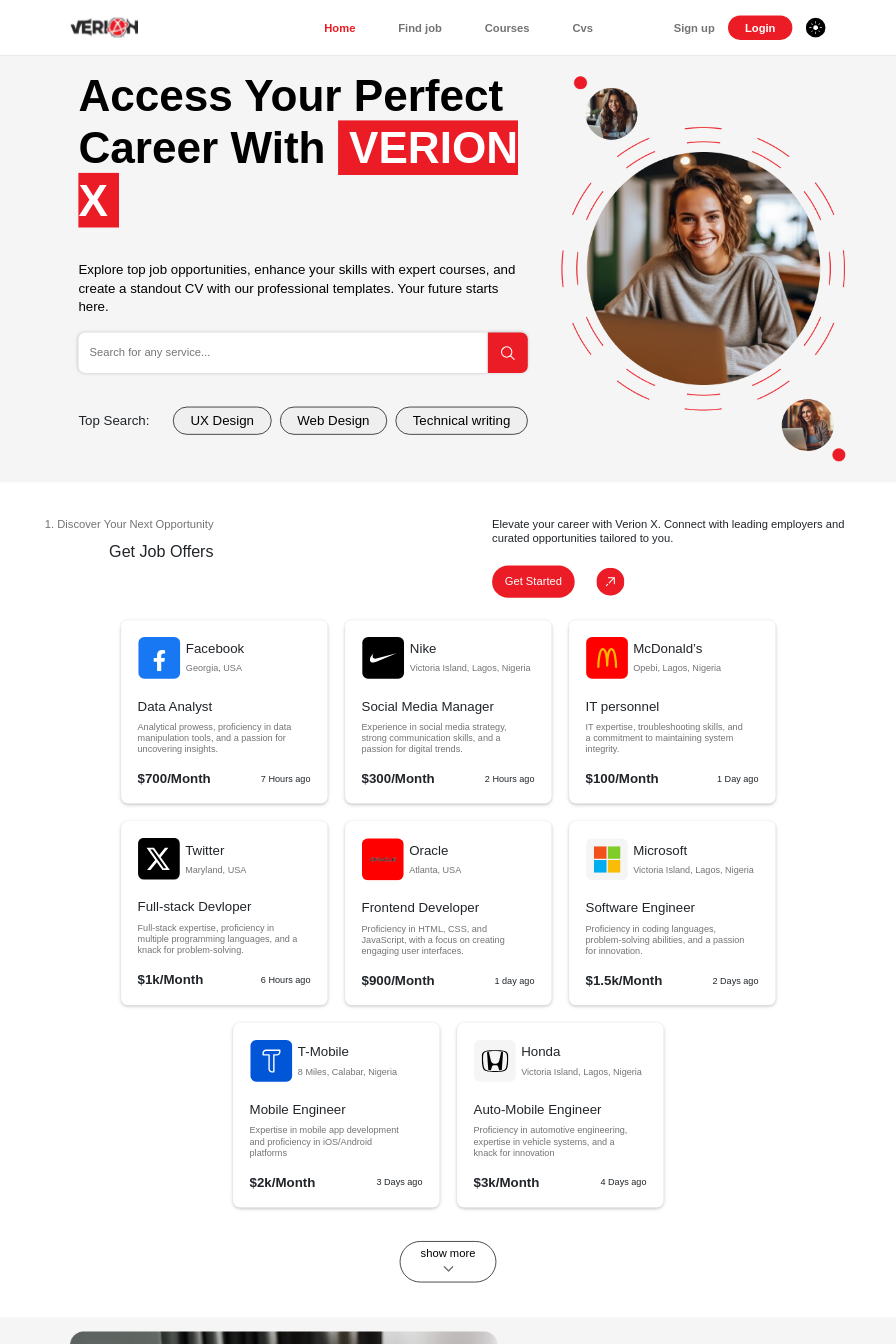
Repository: SahMenz/verionX
Page: /
An editor plug-in stored every save of this project. The page is shown before and after the next save, followed by the edit.
The browser window is 1280 px wide. The pictures show the part of the page from y = 0 to 1920 px (the page is 5365 px tall), at 70% of full size.
The project was rebuilt for these pictures with package versions that can differ from the ones it lists, and the page was loaded fresh each time. Also part of the build but not shown: vite.config.js.

Above is the page before, as saved 2024-06-28 10:30:18.

### src/App.jsx
import './App.css'
import Home from './components/home/home'
import 'bootstrap/dist/css/bootstrap.min.css';

function App() {

  return (
    <>
      <div>
          <Home />
      </div>
    </>
  )
}

export default App

### src/index.css
button{
    outline: none;
    border: none;
  }

  input{
    border: none;
    outline: none;
}

### src/App.css
*, *::before, *::after{
  padding: 0px;
  margin: 0px;
  box-sizing: border-box;
  font-family: "Rubik", sans-serif;
}

/* BACKGROUND COLORS */

.bg-f5{
  background-color: #F5F5F5;
}
.bg-eb{
  background-color: #EB1C25;
}
.bg-ff{
  background-color: #fff;
}
.bg-d9{
  background-color: #D9D9D9;
}
.bg-00{
  background-color: #000;
}
.bg-ec{
  background-color:#ECECEC;
}
.bg-73{
  background-color: #737373;
}


/* FONT SIZES */

.txt-11{
  font-size: 11px;
}
.txt-13{
  font-size: 13px;
}
.txt-16{
  font-size: 16px;
}
.txt-19{
  font-size: 19px;
}
.txt-23{
  font-size: 23px;
}
.txt-45{
  font-size: 45px;
}
.txt-63{
  font-size: 63px;
}


/* TEXT COLOR */

.txt-eb{
  color:#EB1C25
}
.txt-f3{
  color: #737373
}
.txt-ff{
  color:#fff
}
.txt-00{
  color: #000;
}


/* FONT WEIGHT */

.fw-400{
  font-weight: 400;
}
.fw-500{
  font-weight: 500;
}
.fw-600{
  font-weight: 600;
}


/* LINE HEIGHT */

.lh-19{
  line-height: 19.2px;
}
.lh-75{
  line-height: 55.6px;
}
.lh-26{
  line-height: 26.38px;
}
.lh-22{
  line-height: 22.8px;
}
.lh-27{
  line-height: 27.6px;
}
.lh-15{
  line-height: 15.89px;
}
.lh-13{
  line-height: 13.2px;
}
.lh-54{
  line-height: 54px;
}
.lh-34{
  line-height: 34.5px;
}
.lh-67{
  line-height: 67.5px;
}
.lh-32{
  line-height: 32.2px;
}
.lh-18{
  line-height: 18.96px;
}

### src/components/home/home.jsx
import Footer from "../footer/footer"
import Navigation from "../navigation/navigation"
import AccessCourses from "./accessCourses/accessCourses"
import Companies from "./companies/companies"
import CreateProfessionalCv from "./createProfessionalCv/createProfessionalCv"
import GetNotified from "./getNotified/getNotified"
import Hero from "./hero/hero"
import StayAhead from "./stayAhead/stayAhead"

function Home() {
  return (
    <div >
        <Navigation />
        <Hero />
        <Companies />
        <AccessCourses />
        <StayAhead />
        <CreateProfessionalCv />
        <GetNotified />
        <Footer />
    </div>
  )
}

export default Home

### src/components/footer/footer.jsx
import logo from '../../assets/images/logo.svg';
import CustomSvg from '../customSvg/customSvg';
import './footer.css';

function Footer() {
  return (
    <div className='d-flex bg-f5 justify-content-between footerGeneral gap-5' style={{borderRadius:"50px"}}>
        <div className='d-flex flex-column' style={{width:"272px", height:"166px"}}>
            <img  src={logo} style={{width:"97.2px"}}/>
            <div className='fw-400 lh-15 txt-11 py-4'>
                At Verion X, we believe that finding your ideal job should be a
                seamless and empowering experience. Our platform is dedicated to connecting talented
                professionals with employers who appreciate and value their unique skills and ambitions
            </div>
            <div className='d-flex align-items-center justify-content-between' style={{width:"110px"}}>
                <button><CustomSvg name="x"/></button>
                <button><CustomSvg name="facebook"/></button>
                <button><CustomSvg name="insta"/></button>
                <button><CustomSvg name="linkedin"/></button>
            </div>
        </div>
        <div className='d-flex flex-column justify-content-between' style={{width:"84px", height:"192px"}}>
            <div className='fw-500 txt-23 lh-32'>Explore</div>
            <a href="#" className='txt-00 fw-400 txt-13 lh-18 text-decoration-none'>About Us</a>
            <a href="#" className='txt-00 fw-400 txt-13 lh-18 text-decoration-none'>Contact Us</a>
            <a href="#" className='txt-00 fw-400 txt-13 lh-18 text-decoration-none'>Find Jobs</a>
            <a href="#" className='txt-00 fw-400 txt-13 lh-18 text-decoration-none'>Courses</a>
        </div>
        <div className='d-flex flex-column justify-content-between' style={{width:"127px", height:"152px"}}>
            <div className='fw-500 txt-23 lh-32'>Quick Links</div>
            <a href="#" className='txt-00 fw-400 txt-13 lh-18 text-decoration-none'>Create Cv</a>
            <a href="#" className='txt-00 fw-400 txt-13 lh-18 text-decoration-none'>Privacy Policy</a>
            <a href="#" className='txt-00 fw-400 txt-13 lh-18 text-decoration-none'>Term Of Use</a>
        </div>
        <div className='d-flex flex-column justify-content-between' style={{height:"107px"}}>
            <div className='fw-500 txt-23 lh-32'>Our Newsletter</div>
            <div>
                <input  type='text' placeholder='Email address' style={{marginRight:"20px",borderRadius:"30px", padding:"15px 20px", boxShadow: "0px 0px 3px 3px rgba(0, 0, 0, 0.2)"}}/>
                <button className='bg-f5'><CustomSvg name="telegram"/></button>
            </div>
        </div>
    </div>
  )
}

export default Footer

### src/components/home/companies/companies.jsx
import { getJobOffers } from '../../../data';
import CustomSvg from '../../customSvg/customSvg';
import './companies.css';

function Companies() {
  return (
    <div className='companyGeneral d-flex justify-content-center flex-column align-items-center'>
        <div className='p-2 p-lg-0 d-flex flex-wrap justify-content-between gap-5 mb-4' style={{width:"90vw", maxWidth:"1390px"}}>
            <div className='d-flex flex-column mb-2 mb-md-0'>
                <div className='fw-500 txt-16 lh-19 mb-3 txt-f3 align-self-start' style={{maxWidth:"267px"}}>1. Discover Your Next Opportunity</div>
                <div className='fw-500 txt-23 lh-27 align-self-end' style={{maxWidth:"161px"}}>Get Job Offers</div>
            </div>
            <div>
                <div className='fw-400 txt-16 lh-19' style={{maxWidth:"513px" , marginBottom:"30px"}}>Elevate your career with Verion X. Connect with leading employers and curated opportunities tailored to you.</div>
                <div className="d-flex align-items-center justify-content-between" style={{width:"189px"}}>
                    <button className="bg-eb txt-ff" style={{padding:"11px 18px", borderRadius:"30px"}}>Get Started</button>
                    <CustomSvg name="arrowTopRight" className=""/>
                </div>
            </div>
        </div>
        <div className='d-flex flex-wrap justify-content-center p-3 p-xl-2' style={{maxWidth:"1390px", gap:"25px", marginBottom:"40px"}}>
            {getJobOffers.map((getJobs) => (
                <>
                <div className='companyJobs' style={{borderRadius:"10px", boxShadow:"0px 1.65px 4.96px 0px rgba(0, 0, 0, 0.25)",padding:"24px"}}>
                    <div className='d-flex align-items-center' style={{marginBottom:"28px"}}>
                        <div className='me-2'>{getJobs.logo}</div>
                        <div><div className='fw-500 txt-19 lh-22 mb-2'>{getJobs.companyName}</div> <div className='fw-400 txt-13 lh-15 txt-f3'>{getJobs.location}</div></div>
                    </div>
                    <div className='fw-500 txt-19 lh-22' style={{marginBottom:"10px"}}>{getJobs.jobTitle}</div>
                    <div className='fw-400 txt-13 lh-15 txt-f3' style={{maxWidth:"230px", marginBottom:"23px"}}>{getJobs.JobRequirement}</div>
                    <div className='d-flex align-items-center justify-content-between' style={{maxWidth:"259px"}}><div className='fw-600 txt-19 lh-22'>{getJobs.salary}</div> <div className='fw-400 txt-13 lh-15'>{getJobs.timePosted}</div></div>
                </div>
                </>
            ))}
        </div>
        <button className='d-flex bg-ff flex-column align-items-center justify-content-center' style={{maxWidth:"85",border:"1px solid black",borderRadius:"30px", padding:"7px 29px"}}><div className='fw-500 txt-16 lh-19'>show more</div><div><CustomSvg name="dropDownArrow"/></div></button>
    </div>
  )
}

export default Companies

### src/components/home/createProfessionalCv/createProfessionalCv.jsx
import createProfessionalImage from '../../../assets/images/createProfessionalImage.png';
import CustomSvg from '../../customSvg/customSvg';
import './createProfessionalCv.css';

function CreateProfessionalCv() {
  return (
    <div className='d-flex flex-column createGeneral bg-f5 flex-xl-row align-items-center'>
        <div style={{maxWidth:"507px"}}>
            <div className='fw-500 lh-19 txt-16 txt-f3 adjustText' style={{margin:"0px 0px 8px 0px"}}>3. Make an impression on potential employers.</div>
            <div className='fw-500 lh-27 txt-23 adjust23' style={{margin:"0px 0px 20px 0px"}}>Create Professional CVs</div>
            <div className='fw-400 txt-19 lh-23 adjust19' style={{margin:"0px 0px 60px 0px"}}>Elevate your job applications with a standout CV using professional customizable templates.</div>
            <div className='fw-400 txt-16 lh-19 adjustText' style={{marginBottom:"29px"}}><CustomSvg name="createProfessionalTick"/> <span style={{marginLeft:"15px"}}>Professional, customizable templates</span></div>
            <div className='fw-400 txt-16 lh-19 adjustText' style={{marginBottom:"29px"}}><CustomSvg name="createProfessionalTick"/> <span style={{marginLeft:"15px"}}>Easy-to-use tools for a polished, professional look</span></div>
            <div className='fw-400 txt-16 lh-19 adjustText' style={{marginBottom:"29px"}}><CustomSvg name="createProfessionalTick"/> <span style={{marginLeft:"15px"}}>Highlight your skills, experiences, and achievements</span></div>
            <div className="d-flex align-items-center justify-content-between" style={{width:"189px"}}>
                <button className="bg-eb txt-ff" style={{padding:"11px 18px", borderRadius:"30px"}}>Get Started</button>
                <CustomSvg name="arrowTopRight" className=""/>
            </div>
        </div>
        <img src={createProfessionalImage} className='mt-5 mt-xl-0 mixedImage ms-xl-3' style={{maxWidth:"659px"}}/>
    </div>
  )
}

export default CreateProfessionalCv

### src/components/home/hero/hero.jsx
// import { useState } from 'react';
import accesYourPerfectImage from '../../../assets/images/accesYourPerfectImage.png';
import CustomSvg from '../../customSvg/customSvg';
import './hero.css';
// import axios from 'axios';


function Hero() {

  const handleSubmit = (e) =>{
    e.preventDefault();

    fetch('https://verionx-api.onrender.com/api/v1/users/register-mail-to-mail-list', {
      method: 'POST',
      headers: { "Content-Type": "application/json" },
      body: JSON.stringify(name)
    }).then(() => {
      console.log("new blog added successfully")
    })
  }

  return (
    <div className='bg-f5 heroGeneral d-flex gap-4 flex-column flex-xl-row justify-content-center justify-content-between align-items-center'>
        <div style={{maxWidth:"700px"}} className=' textcontainer mb-5 mx-xxl-1 px-xxl-0 d-flex flex-column container '>
            <div className='txt-63 lh-75 txt-ff fw-600 txt-00 largeTxt mb-5' >Access Your Perfect Career With <span className='bg-eb fw-600 txt-ff py-1 px-3'>VERION X</span></div>
            <div className='txt-00 lh-26 mb-4 exploretxt' style={{maxWidth:"630px"}}>
                Explore top job opportunities, enhance your skills with expert courses, and create a standout CV with our professional templates. Your future starts here.
            </div>
            <form className="d-flex">
                <input type="text" name='subscribe' className=' container p-3 mb-xl-5 inputText' placeholder="Search for any service..."  style={{boxShadow: "-1px 0px 5px 0px rgba(0, 0, 0, 0.2)"}} />
                <button className="bg-eb p-3 mb-xl-5 inputButton" onClick={handleSubmit} style={{boxShadow: "0px -1px 5px 0px rgba(0, 0, 0, 0.2)"}}><CustomSvg name="search"/></button>
            </form>
            <div className='d-none d-xl-flex align-items-center justify-content-between'style={{width:"642px"}} >
                <div className='txt-19 lh-26 txt-500'>Top Search:</div>
                <div className='d-flex align-items-center justify-content-between' style={{width:"507px"}}>
                    <button style={{borderRadius:"20px",border: "1.5px solid black"}}><div className='px-4 py-2 txt-19 lh-22 txt-500'>UX Design</div></button>
                    <button style={{borderRadius:"20px",border: "1.5px solid black"}}><div className='px-4 py-2 txt-19 lh-22 txt-500'>Web Design</div></button>
                    <button style={{borderRadius:"20px",border: "1.5px solid black"}}><div className='px-4 py-2 txt-19 lh-22 txt-500'>Technical writing</div></button>
                </div>
            </div>
        </div>
        <img src={accesYourPerfectImage} className='container mx-xxl-1 px-xxl-0' style={{Width:"65vw", maxWidth:"430px"}} alt="three images" />
    </div>
  )
}

export default Hero

// https://verionx-api.onrender.com/api/v1/users/register-mail-to-mail-list

### src/components/home/stayAhead/stayAhead.jsx
import groupImage from '../../../assets/images/groupImage.png';
import './stayAhead.css';

function StayAhead() {
  return (
    <div className='generalStay'>
        <div className='textStay fw-500' style={{maxWidth:"875px"}}>Stay <span className='txt-eb'>Ahead</span> of Opportunities with Unmatched <span className='txt-eb'>Access</span></div>
        <div className='text-center mt-5'>
            <img src={groupImage} className='groupPhotos' alt="" />
        </div>
    </div>
  )
}

export default StayAhead

### src/components/footer/footer.css
.footerGeneral{
    padding: 20px 20px;
    flex-wrap: wrap
}

@media (min-width:1400px){
    .footerGeneral{
        padding: 64px 109px
    }
}

### src/components/navigation/navigation.css
.navContainer{
    padding: 22px 100px;
    box-shadow: 0px 10px 10px 10px rgba(0, 0, 0, 0.2);
}
.switchmode{
    width: 17vw;
    min-width: 200px;
    max-width: 254px;
}
.navigationLink{
    width: 56vw;
    min-width: 600px;
    max-width: 888px;
}
.links{
    width: 30vw;
    min-width: 300px;
    max-width: 482px;
}
@media screen and (min-width:325px) and (max-width:992px) {
    .navContainer{
        padding: 18px 60px;
    }
}

### src/components/home/accessCourses/accessCourses.css
.accessGeneral{
    padding: 10px 20px;
}
.enhance{
    font-size: 4vw;
    margin-top: 20px;
}
.access{
    font-size: 6vw;
}
.unlock{
    font-size: 4vw;
}
.opacebackground{
    background-color:rgba(217, 217, 217, 0.6);
}
.manPressingLaptop{
    background-image: url('../../../assets/images/accessCoursesImage.png');
    background-size: cover;
    border-Radius: 10px;
    background-position: center;
    height: 530px;
    width: 65vw;
}
.imagetext{
    position: absolute;
    top: 50%;
    left: 63%;
    transform: translate(-50%, -50%);
}

@media (min-width: 478px) {
    .enhance{
        font-size: 3vw;
    }
    .access{
        font-size: 5vw;
    }
    .unlock{
        font-size: 3vw;
    }
}
@media (min-width: 665px) {
    .enhance{
      font-size: 2.5vw;
    }
    .access{
      font-size:4.5vw;
    }
    .unlock{
        font-size: 2.5vw;
    }
}
@media (min-width:730px){
    .accessGeneral{
      padding: 20px 100px;
    }
    .enhance{
        font-size: 16px;
      }
      .access{
        font-size:23px;
      }
      .unlock{
          font-size: 16px;
      }
  }
  @media (min-width:1400px){
    .accessGeneral{
        justify-content: space-between!important;
    }
  }

### src/components/home/companies/companies.css
.companyGeneral{
    padding: 50px 5px;
}
.companyJobs:hover{
    cursor: pointer;
    box-shadow: 0px -1.65px 20px 0px rgba(0, 0, 0, 0.25);
    -webkit-transition: transform 0.6s ease-in-out;
    -moz-transition: transform 0.6s ease-in-out;
    -ms-transition: transform 0.6s ease-in-out;
    -o-transition: transform 0.6s ease-in-out;
    transition: transform 0.6s ease-in-out;
    -webkit-transform: scale(1.09);
    -moz-transform: scale(1.09);
    -ms-transform: scale(1.09);
    -o-transform: scale(1.09);
    transform: scale(1.09);
}
@media (min-width:322px){
    .companyJobs{
        width: 295px;
    }
}

### src/components/home/createProfessionalCv/createProfessionalCv.css
.createGeneral{
    padding: 10px 20px;
}
.mixedImage{
    width: 85vw;
}
.adjustText{
    font-size: 4vw;
}
.adjust19{
    font-size: 5vw;
}
.adjust23{
    font-size: 6vw;
}
@media (min-width: 478px) {
    .adjustText{
        font-size: 3.5vw;
    }
    .adjust19{
        font-size: 4.5vw;
    }
    .adjust23{
        font-size: 5.5vw;
    }
}
@media (min-width: 560px) {
    .adjustText{
        font-size: 3vw;
    }
    .adjust19{
        font-size: 4vw;
    }
    .adjust23{
        font-size: 5vw;
    }
}
@media (min-width:630px){
    .createGeneral{
        padding: 20px 100px;
    }
    .adjustText{
        font-size: 16px;
    }
    .adjust19{
        font-size: 19px;
    }
    .adjust23{
        font-size: 23px;
    }
}
@media (min-width:1400px){
    .createGeneral{
        justify-content: space-between;
    }
}

### src/components/home/getNotified/getNotified.css
.getNotified{
    font-size: 6vw;
    max-width: 564px;
}
.getContainer{
    margin:30px 0px;
}
.getGeneral{
    padding: 10px 30px;
    align-items: center;
    width: 90vw;
    max-width: 1390px;
    -webkit-border-radius:30px;
    -moz-border-radius:30px;
    -ms-border-radius:30px;
    -o-border-radius: 30px;
    border-radius: 30px;
}
.inputText{
    width:70vw;
    max-width: 652px;
}
.accordionDesc{
    text-align: start;
}
.accordionDesc{
    -webkit-transition: opacity 0.5s ease-in-out;
    -moz-transition: opacity 0.5s ease-in-out;
    -ms-transition: opacity 0.5s ease-in-out;
    -o-transition: opacity 0.5s ease-in-out;
    transition: opacity 0.5s ease-in-out;
    opacity: 1;
}
@media (min-width:400px) {
    .getNotified{
        font-size: 5.5vw;
    }
    .textFre{
        font-size: 5vw;
    }
    .textFaq{
        font-size: 23px;
    }
}
@media (min-width:919px) {
    .getNotified{
        font-size: 45px;
    }
    .textAdjust{
        font-size: 23px !important;
    }
    .getContainer{
        margin:80px 0px;
    }
    .textFre{
        font-size: 45px;
    }
}
@media (min-width:1200px){
    .getGeneral{
        padding: 42px 0;
    }
}

### src/components/home/hero/hero.css
  .largeTxt{
    font-size: 10vw;
  }
  .exploretxt{
    font-size: 4vw;
  }
  .heroGeneral{
    padding: 10px 20px;
  }
  .inputButton{
    border:none;
    /* position:absolute; */
    /* right: 0; */
    -webkit-border-radius:0px 10px 10px 0px;
    -moz-border-radius:0px 10px 10px 0px;
    -ms-border-radius:0px 10px 10px 0px;
    -o-border-radius:0px 10px 10px 0px;
    border-radius:0px 10px 10px 0px;
}
.inputText{
  /* width: 40vw; */
  /* max-width: 733px; */
  -webkit-border-radius:10px 0px 0px 10px;
    -moz-border-radius:10px 0px 0px 10px;
    -ms-border-radius:10px 0px 0px 10px;
    -o-border-radius:10px 0px 0px 10px;
    border-radius:10px 0px 0px 10px;
}
  @media (min-width: 478px) {
    .largeTxt{
      line-height: 75px;
    }
    .exploretxt{
      font-size: 3vw;
    }
  }
  @media (min-width: 632px) {
    .largeTxt{
      font-size: 9vw;
    }
    .exploretxt{
      font-size:2.5vw;
    }
  }
  @media (min-width:730px){
    .largeTxt{
      font-size: 63px;
    }
    .exploretxt{
      font-size: 19px;
    }
    .heroGeneral{
      padding: 20px 100px;
    }
  }
  @media(min-width:1400){
    .heroGeneral{
      justify-content: space-between;
    }
  }

### src/components/home/stayAhead/stayAhead.css
.generalStay{
    padding: 10px 20px;
}
.groupPhotos{
    width:80vw;
    max-width: 1390px;
}
.textStay{
    font-size: 7vw;
}
@media (min-width:500px){
    .textStay{
        font-size: 6.5vw;
    }
}
@media (min-width:650px){
    .textStay{
        font-size: 6vw;
    }
    .generalStay{
        padding: 40px 100px;
    }
}
@media (min-width:1200px){
    .textStay{
        font-size: 63px;
}
}

Loaded but not shown: src/main.jsx (common file); src/components/customSvg/customSvg.jsx (199 lines, source omitted); src/components/home/getNotified/getNotified.jsx (236 lines, source omitted); src/components/navigation/navigation.jsx (63 lines, source omitted); src/data.jsx (92 lines, source omitted); src/components/home/accessCourses/accessCourses.jsx (46 lines, source omitted)

After the next save:
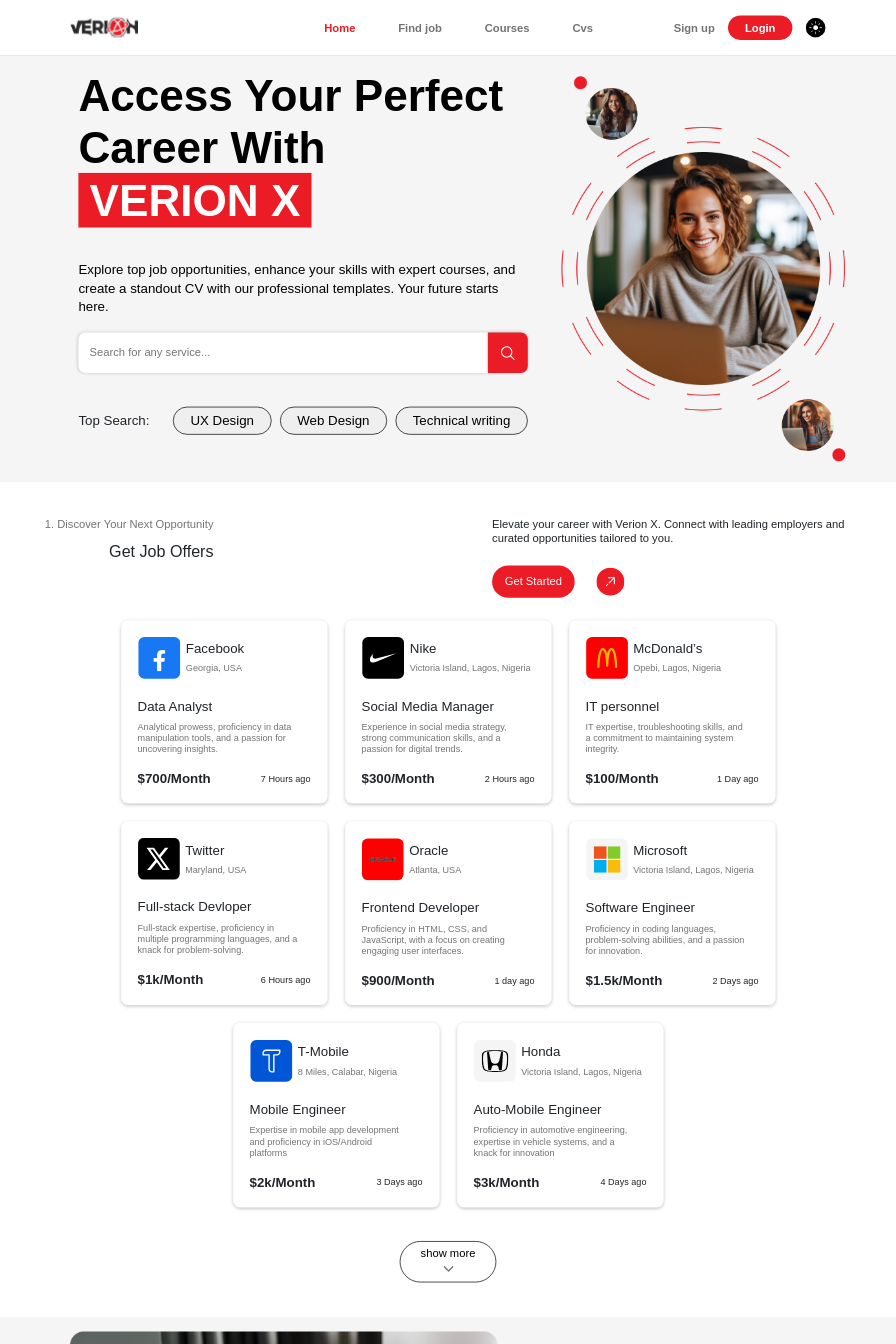
Saved 3 min 21 s later.
--- a/src/components/home/hero/hero.jsx
+++ b/src/components/home/hero/hero.jsx
@@ -22,7 +22,7 @@
   return (
     <div className='bg-f5 heroGeneral d-flex gap-4 flex-column flex-xl-row justify-content-center justify-content-between align-items-center'>
         <div style={{maxWidth:"700px"}} className=' textcontainer mb-5 mx-xxl-1 px-xxl-0 d-flex flex-column container '>
-            <div className='txt-63 lh-75 txt-ff fw-600 txt-00 largeTxt mb-5' >Access Your Perfect Career With <span className='bg-eb fw-600 txt-ff py-1 px-3'>VERION X</span></div>
+            <div className='txt-63 lh-75 txt-ff fw-600 txt-00 largeTxt mb-5' >Access Your Perfect Career With <span className='bg-eb fw-600 txt-ff py-1 px-3' style={{whiteSpace:"nowrap"}}>VERION X</span></div>
             <div className='txt-00 lh-26 mb-4 exploretxt' style={{maxWidth:"630px"}}>
                 Explore top job opportunities, enhance your skills with expert courses, and create a standout CV with our professional templates. Your future starts here.
             </div>
